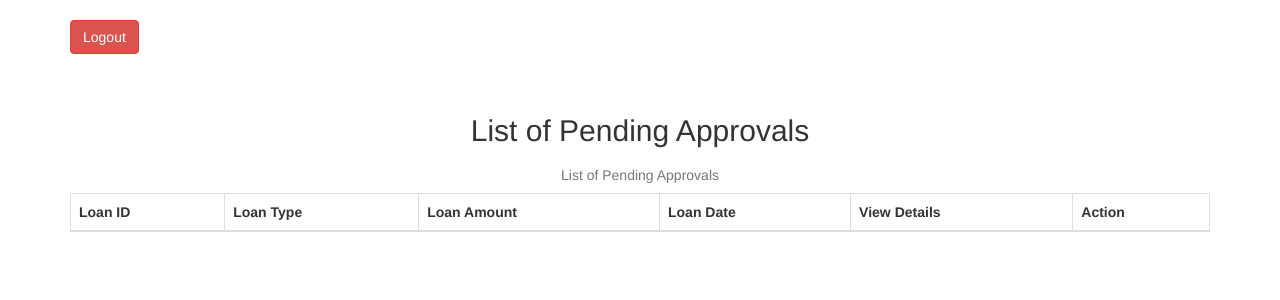
Repository: Bayvao/E-Loan-Project
Page: http://localhost/E-Loan-Project/WEB-INF/views/pending-loan-approval.jsp
An editor plug-in stored every save of this project. The page is shown before and after the next save, followed by the edit.
The browser window is 1280 px wide. The pictures show the whole page.
The page is served by Tomcat 9. Nobody is signed in. Other server files are loaded and not shown. The template is opened directly, without the code that normally fills it, so the values that code supplies are empty.

Above is the page before, as saved 2020-07-21 08:34:46.

### E-Loan-Project/src/main/webapp/WEB-INF/views/pending-loan-approval.jsp
<%@ taglib prefix="form" uri="http://www.springframework.org/tags/form"%>
<%@ taglib prefix="security"
	uri="http://www.springframework.org/security/tags"%>
<%@ taglib prefix="c" uri="http://java.sun.com/jsp/jstl/core"%>

<!DOCTYPE html>
<html lang="en">
<head>
<title>Pending List</title>

<meta charset="utf-8">
<meta name="viewport" content="width=device-width, initial-scale=1">
<link rel="stylesheet"
	href="https://maxcdn.bootstrapcdn.com/bootstrap/3.4.1/css/bootstrap.min.css">
<script
	src="https://ajax.googleapis.com/ajax/libs/jquery/3.5.1/jquery.min.js"></script>
<script
	src="https://maxcdn.bootstrapcdn.com/bootstrap/3.4.1/js/bootstrap.min.js"></script>


<style>
caption {
	text-align: center;
}
h2 {
	text-align: center;
}
</style>
</head>
<body>

	<div class="container">
		<br />

		<!-- Add a logout button -->
		<form:form action="${pageContext.request.contextPath}/logout"
			method="POST">

			<input type="submit" class="btn btn-danger" value="Logout" />

		</form:form>


		<br />
		<!-- display user name and role -->

		<p>

			<security:authorize access="isAuthenticated()">
        User: <security:authentication property="principal.username" />
        Role(s): <security:authentication
					property="principal.authorities" />
			</security:authorize>

			<br />
			<div>
			<h2>List of Pending Approvals</h2>
			</div>


		<table class="table table-bordered table-hover">
			<caption>List of Pending Approvals</caption>
			<thead>
				<tr>
					<th scope="col">Loan ID</th>
					<th scope="col">Loan Type</th>
					<th scope="col">Loan Amount</th>
					<th scope="col">Loan Date</th>
					<th scope="col">View Details</th>
					<th scope="col">Action</th>
				</tr>
			</thead>
			<tbody>
				<c:forEach items="${listPendingLoan}" var="pLoan">
					<tr>
						<td scope="row">${pLoan.loan.loanId}</td>
						<td>${pLoan.loan.loanType}</td>
						<td>${pLoan.loan.loanAmount}</td>
						<td>${pLoan.loan.loanDate}</td>
						<td><a
							href="${pageContext.request.contextPath}/manager/detailView?id=${pLoan.statusId}">View
								Details</a></td>
						<td><a
							href="${pageContext.request.contextPath}/manager/approveLoan?id=${pLoan.statusId}">Approve</a>
							| <a
							href="${pageContext.request.contextPath}/manager/rejectLoan?id=${pLoan.statusId}">Reject</a>

						</td>
					</tr>
				</c:forEach>
			</tbody>
		</table>
	</div>
</body>
</html>

After the next save:
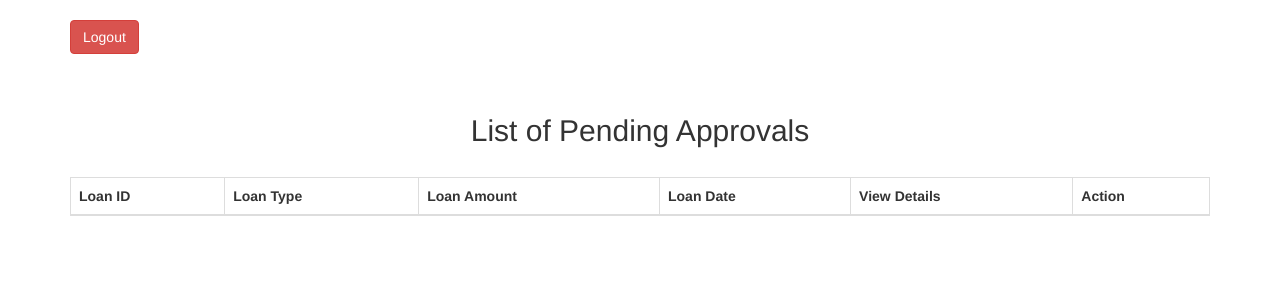
Saved 22 s later.
--- a/E-Loan-Project/src/main/webapp/WEB-INF/views/pending-loan-approval.jsp
+++ b/E-Loan-Project/src/main/webapp/WEB-INF/views/pending-loan-approval.jsp
@@ -56,10 +56,9 @@ h2 {
 			<div>
 			<h2>List of Pending Approvals</h2>
 			</div>
-
+			<br/>
 
 		<table class="table table-bordered table-hover">
-			<caption>List of Pending Approvals</caption>
 			<thead>
 				<tr>
 					<th scope="col">Loan ID</th>
